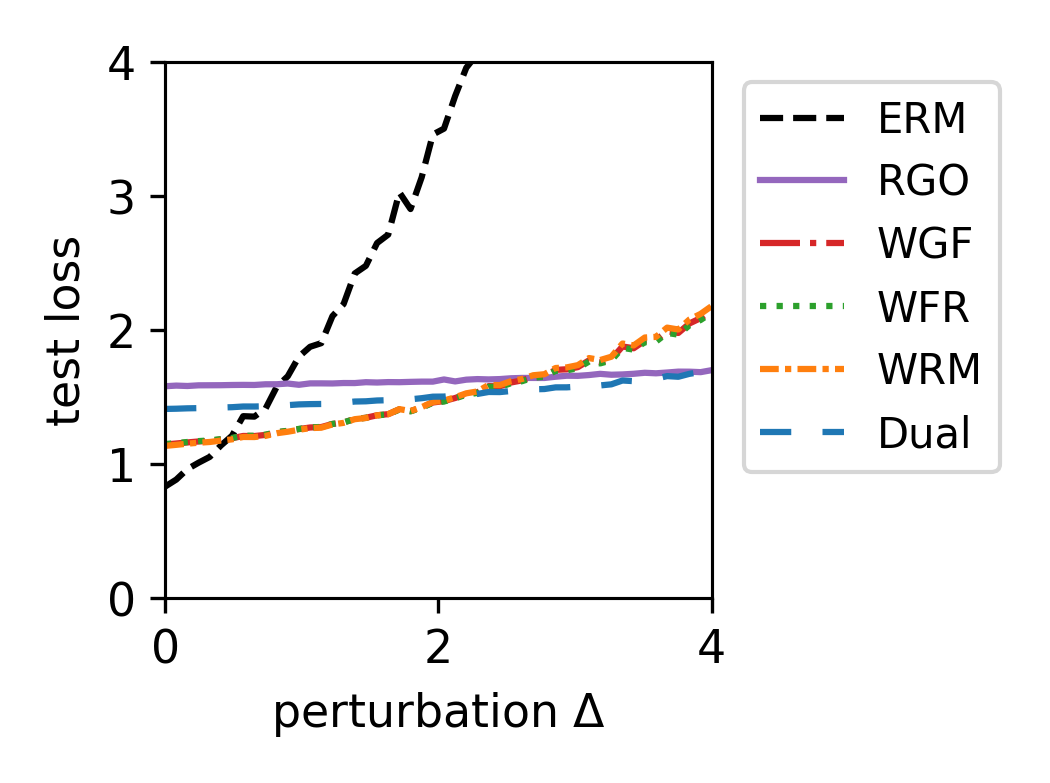
Repository: ZusenXu/GFS-DRO
Script's output: python uncertain_least_squares/uncertain_least_squares.py
An editor plug-in stored every save of this project. The script's output is shown before and after the next save, followed by the edit.
Random numbers start from a fixed seed.

Above is the script's output before, as saved 2025-09-13 21:05:42.

### uncertain_least_squares/uncertain_least_squares.py
import numpy as np
import matplotlib.pyplot as plt
from scipy.optimize import minimize
from scipy.special import logsumexp

# --- 1. 实验设置与参数定义 ---
# 定义问题的维度
DIM_M = 10  # 矩阵 A 的行数
DIM_N = 10  # 矩阵 A 的列数 (theta 的维度)

# 定义训练/测试样本数量
N_TRAIN_SAMPLES = 20
N_TEST_SAMPLES = 1000

# 定义分布偏移的扰动范围
DELTA_MIN = 0.0
DELTA_MAX = 4.0
DELTA_STEPS = 50

# --- DRO 算法超参数 ---
N_EPOCHS = 50 # 外部优化的迭代轮数
LEARNING_RATE = 0.01 # 外部优化 theta 的学习率
LAMBDA_VAL = 0.1 # 正则化参数 lambda
EPSILON = 1 # 熵正则化参数 epsilon
GRAD_CLIP_THRESHOLD = 10.0 # 梯度裁剪阈值，防止梯度爆炸

# RGO (算法2) 特定参数
RGO_SMOOTHNESS_L = 0.5 # 假设的损失函数平滑度 L (需满足 LAMBDA_VAL > L/2)

# WGF (算法3), WFR (算法4), WRM 特定参数
K_INNER_STEPS = 10  # 内部循环迭代次数 K
INNER_STEP_SIZE = 0.01 # 内部循环步长 eta

# WFR (算法4) 特定参数
M_PARTICLES = 5 # WFR 使用的粒子(样本)数量
WFR_WEIGHT_STEP_SIZE = 0.08 # WFR 权重更新步长 tau

# Dual 方法特定参数
SINKHORN_SAMPLE_LEVEL = 4 # Dual 方法的蒙特卡洛采样级别

# --- 2. 生成固定的问题实例 ---
np.random.seed(42)
A0 = np.random.randn(DIM_M, DIM_N)
A1 = np.random.randn(DIM_M, DIM_N)
b = np.random.randn(DIM_M)

# --- 3. 数据生成函数 ---
def generate_training_data(n_samples):
    return np.random.uniform(-0.5, 0.5, n_samples)

def generate_test_data(n_samples, delta):
    lower_bound = -0.5 * (1 + delta)
    upper_bound = 0.5 * (1 + delta)
    return np.random.uniform(lower_bound, upper_bound, n_samples)

# --- 4. 核心函数定义 ---
def loss_function(theta, z):
    """ 计算单个样本 z 的损失 f_theta(z) """
    A_z = A0 + z * A1
    residual = A_z @ theta - b
    return np.sum(residual**2)/DIM_M

def loss_grad_theta(theta, z):
    """ 计算损失函数关于 theta 的梯度 nabla_theta f_theta(z) """
    A_z = A0 + z * A1
    residual = A_z @ theta - b
    return 2 * A_z.T @ residual

# --- 5. ERM (经验风险最小化) 实现 ---
def erm_objective_function(theta, xi_samples):
    """ 计算 ERM 的目标函数值（平均损失）"""
    total_loss = np.mean([loss_function(theta, xi) for xi in xi_samples])
    return total_loss

def solve_erm(xi_train_samples):
    """ 使用优化器求解 ERM 问题 """
    initial_theta = np.zeros(DIM_N)
    result = minimize(
        erm_objective_function, initial_theta, args=(xi_train_samples,), method='BFGS')
    if not result.success:
        print("警告: ERM 优化过程可能未收敛。")
    return result.x

# --- 6. RGO (算法2) 实现 ---
def solve_rgo(xi_train_samples):
    """ 使用 RGO 算法求解 Sinkhorn DRO """
    theta = np.zeros(DIM_N)

    def rgo_inner_objective(z, xi, current_theta):
        l = loss_function(current_theta, z)
        penalty = np.sum((z - xi)**2)
        return -l / (LAMBDA_VAL * EPSILON) + penalty / EPSILON

    for _ in range(N_EPOCHS):
        grad_accumulator = np.zeros_like(theta)
        for xi in xi_train_samples:
            res = minimize(rgo_inner_objective, xi, args=(xi, theta), method='BFGS')
            z_star = res.x
            accepted = False
            while not accepted:
                variance = (LAMBDA_VAL * EPSILON) / (2 * LAMBDA_VAL - RGO_SMOOTHNESS_L)
                if variance <= 0: variance = 1e-6
                z_candidate = np.random.normal(z_star, np.sqrt(variance))
                f_val_candidate = rgo_inner_objective(z_candidate, xi, theta)
                f_val_star = rgo_inner_objective(z_star, xi, theta)
                log_accept_prob = -f_val_candidate + f_val_star - ((np.sum((z_candidate - z_star)**2)) / (2*variance))
                if np.log(np.random.rand()) < log_accept_prob:
                    accepted_sample = z_candidate
                    accepted = True
            grad_accumulator += loss_grad_theta(theta, accepted_sample)

        avg_grad = grad_accumulator / len(xi_train_samples)
        grad_norm = np.linalg.norm(avg_grad)
        if grad_norm > GRAD_CLIP_THRESHOLD:
            avg_grad = avg_grad * GRAD_CLIP_THRESHOLD / grad_norm
        theta -= LEARNING_RATE * avg_grad

    return theta

# --- 7. Wasserstein Gradient Flow (WGF) 实现 (基于算法3) ---
def solve_wgf(xi_train_samples):
    """ 使用 Wasserstein Gradient Flow (WGF) 求解 Sinkhorn DRO """
    theta = np.zeros(DIM_N)

    def f_bar_grad_z(z, xi, current_theta):
        A1_theta = A1 @ current_theta
        A_z_theta = (A0 + z * A1) @ current_theta
        grad_f = 2 * A1_theta.T @ (A_z_theta - b)
        return grad_f - 2 * LAMBDA_VAL * (z - xi)

    for _ in range(N_EPOCHS):
        grad_accumulator = np.zeros_like(theta)
        for xi in xi_train_samples:
            z_k = xi
            for _ in range(K_INNER_STEPS):
                noise = np.random.normal(0, 1)
                grad = f_bar_grad_z(z_k, xi, theta)
                z_k += INNER_STEP_SIZE * grad + np.sqrt(2 * INNER_STEP_SIZE * LAMBDA_VAL * EPSILON) * noise
            grad_accumulator += loss_grad_theta(theta, z_k)

        avg_grad = grad_accumulator / len(xi_train_samples)
        grad_norm = np.linalg.norm(avg_grad)
        if grad_norm > GRAD_CLIP_THRESHOLD:
            avg_grad = avg_grad * GRAD_CLIP_THRESHOLD / grad_norm
        theta -= LEARNING_RATE * avg_grad

    return theta

# --- 8. WFR Flow (算法4) 实现 ---
def solve_wfr(xi_train_samples):
    """ 使用 WFR Flow 求解 Sinkhorn DRO """
    theta = np.zeros(DIM_N)

    def f_bar(z, xi, current_theta):
         return loss_function(current_theta, z) - LAMBDA_VAL * np.sum((z-xi)**2)

    def f_bar_grad_z(z, xi, current_theta):
        A1_theta = A1 @ current_theta
        A_z_theta = (A0 + z * A1) @ current_theta
        grad_f = 2 * A1_theta.T @ (A_z_theta - b)
        return grad_f - 2 * LAMBDA_VAL * (z - xi)

    for _ in range(N_EPOCHS):
        grad_accumulator = np.zeros_like(theta)
        for xi in xi_train_samples:
            particles = np.full(M_PARTICLES, xi)
            weights = np.full(M_PARTICLES, 1.0 / M_PARTICLES)

            for _ in range(K_INNER_STEPS):
                for i in range(M_PARTICLES):
                    noise = np.random.normal(0, 1)
                    grad = f_bar_grad_z(particles[i], xi, theta)
                    particles[i] += INNER_STEP_SIZE * grad + np.sqrt(2 * INNER_STEP_SIZE * LAMBDA_VAL * EPSILON) * noise
                    f_bar_val = f_bar(particles[i], xi, theta)
                    weights[i] = (weights[i]**(1 - LAMBDA_VAL * EPSILON * WFR_WEIGHT_STEP_SIZE)) * np.exp(WFR_WEIGHT_STEP_SIZE * f_bar_val)

                sum_weights = np.sum(weights)
                if sum_weights > 1e-8: weights /= sum_weights
                else: weights = np.full(M_PARTICLES, 1.0 / M_PARTICLES)

            weighted_grad = np.sum([w * loss_grad_theta(theta, z) for w, z in zip(weights, particles)], axis=0)
            grad_accumulator += weighted_grad

        avg_grad = grad_accumulator / len(xi_train_samples)
        grad_norm = np.linalg.norm(avg_grad)
        if grad_norm > GRAD_CLIP_THRESHOLD:
            avg_grad = avg_grad * GRAD_CLIP_THRESHOLD / grad_norm
        theta -= LEARNING_RATE * avg_grad

    return theta

# --- 9. WRM (Wasserstein Robust Method) 实现 ---
def solve_wrm(xi_train_samples):
    """ 使用 WRM (确定性内部优化) 求解 """
    theta = np.zeros(DIM_N)

    def f_bar_grad_z(z, xi, current_theta):
        A1_theta = A1 @ current_theta
        A_z_theta = (A0 + z * A1) @ current_theta
        grad_f = 2 * A1_theta.T @ (A_z_theta - b)
        return grad_f - 2 * LAMBDA_VAL * (z - xi)

    for _ in range(N_EPOCHS):
        grad_accumulator = np.zeros_like(theta)
        for xi in xi_train_samples:
            z_k = xi
            # 内部 K 步梯度上升 (无噪声)
            for _ in range(K_INNER_STEPS):
                grad = f_bar_grad_z(z_k, xi, theta)
                z_k += INNER_STEP_SIZE * grad

            grad_accumulator += loss_grad_theta(theta, z_k)

        avg_grad = grad_accumulator / len(xi_train_samples)
        grad_norm = np.linalg.norm(avg_grad)
        if grad_norm > GRAD_CLIP_THRESHOLD:
            avg_grad = avg_grad * GRAD_CLIP_THRESHOLD / grad_norm
        theta -= LEARNING_RATE * avg_grad

    return theta

# --- 10. Dual Method (对偶方法) 实现 ---
def solve_dual(xi_train_samples):
    """ 使用对偶方法求解 Sinkhorn DRO """
    theta = np.zeros(DIM_N)

    levels = np.arange(SINKHORN_SAMPLE_LEVEL + 1)
    numerators = 2.0**(-levels)
    denominator = 2.0 - 2.0**(-SINKHORN_SAMPLE_LEVEL)
    probabilities = numerators / denominator

    for _ in range(N_EPOCHS):
        grad_accumulator = np.zeros_like(theta)
        for xi in xi_train_samples:
            # 1. 多层蒙特卡洛采样
            sampled_level = np.random.choice(levels, p=probabilities)
            m = 2**sampled_level

            # 2. 从基础分布采样
            noise = np.random.randn(m) * np.sqrt(EPSILON)
            z_samples = xi + noise

            # 3. 计算梯度
            # v_j = f_theta(z_j) / (lambda*epsilon)
            v = np.array([loss_function(theta, z) for z in z_samples]) / (LAMBDA_VAL * EPSILON)

            # weights = softmax(v)
            weights = np.exp(v - np.max(v)) # 减去max增强稳定性
            weights /= np.sum(weights)

            # grad = sum(w_j * grad_theta f(z_j))
            grads_per_sample = np.array([loss_grad_theta(theta, z) for z in z_samples])
            weighted_grad = np.sum(weights[:, np.newaxis] * grads_per_sample, axis=0)
            grad_accumulator += weighted_grad

        avg_grad = grad_accumulator / len(xi_train_samples)
        grad_norm = np.linalg.norm(avg_grad)
        if grad_norm > GRAD_CLIP_THRESHOLD:
            avg_grad = avg_grad * GRAD_CLIP_THRESHOLD / grad_norm
        theta -= LEARNING_RATE * avg_grad

    return theta

# --- 11. 实验执行与评估 ---
def run_experiment():
    """ 执行完整的实验流程 """
    xi_train = generate_training_data(N_TRAIN_SAMPLES)

    print("正在求解 ERM 模型...")
    theta_erm = solve_erm(xi_train)
    print("正在求解 RGO 模型...")
    theta_rgo = solve_rgo(xi_train)
    print("正在求解 WGF 模型...")
    theta_wgf = solve_wgf(xi_train)
    print("正在求解 WFR 模型...")
    theta_wfr = solve_wfr(xi_train)
    print("正在求解 WRM 模型...")
    theta_wrm = solve_wrm(xi_train)
    print("正在求解 Dual 模型...")
    theta_dual = solve_dual(xi_train)
    print("所有模型求解完成。")

    delta_values = np.linspace(DELTA_MIN, DELTA_MAX, DELTA_STEPS)
    results = {'ERM': [], 'RGO': [], 'WGF': [], 'WFR': [], 'WRM': [], 'Dual': []}
    models = {
        'ERM': theta_erm, 'RGO': theta_rgo, 'WGF': theta_wgf,
        'WFR': theta_wfr, 'WRM': theta_wrm, 'Dual': theta_dual
    }

    print("正在评估所有模型...")
    for delta in delta_values:
        xi_test = generate_test_data(N_TEST_SAMPLES, delta)
        for name, theta in models.items():
            test_loss = erm_objective_function(theta, xi_test)
            results[name].append(test_loss)

    print("评估完成。")
    return delta_values, results

# --- 12. 结果可视化 ---
def plot_results(delta_values, results):
    """ 绘制所有模型损失随扰动 delta 变化的曲线 """
    fig, ax = plt.subplots(figsize=(3.5, 2.613), dpi=300)

    styles = {
        'ERM': {'color': 'k', 'linestyle': '--'},
        'RGO': {'color': '#9467bd', 'linestyle': '-'},
        'WGF': {'color': '#d62728', 'linestyle': '-.'},
        'WFR': {'color': '#2ca02c', 'linestyle': ':'},
        'WRM': {'color': '#ff7f0e', 'linestyle': (0, (3, 1, 1, 1))}, # orange, dashdotdot
        'Dual': {'color': '#1f77b4', 'linestyle': (0, (5, 5))} # blue, dashed
    }

    for name, losses in results.items():
        ax.plot(delta_values, losses, linewidth=1.5, label=name, **styles[name])

    #ax.set_title('(a) Uncertain least squares loss', fontsize=11)
    ax.set_xlabel('perturbation $\Delta$', fontsize=11)
    ax.set_ylabel('test loss', fontsize=11)
    ax.tick_params(axis='both', which='major', labelsize=11)
    for spine in ax.spines.values():
        spine.set_linewidth(0.75)
    ax.set_xlim(0, 4)
    ax.set_ylim(0, 4)
    ax.grid(False)
    ax.legend(fontsize=10)
    ax.legend(loc='upper left', bbox_to_anchor=(1.02, 1))
    plt.tight_layout()
    plt.savefig('uncertain_least_squares_results.png', dpi=300)
    plt.show()

# --- 主程序入口 ---
if __name__ == '__main__':
    with np.errstate(all='ignore'):
        delta_vals, all_results = run_experiment()
        plot_results(delta_vals, all_results)

After the next save:
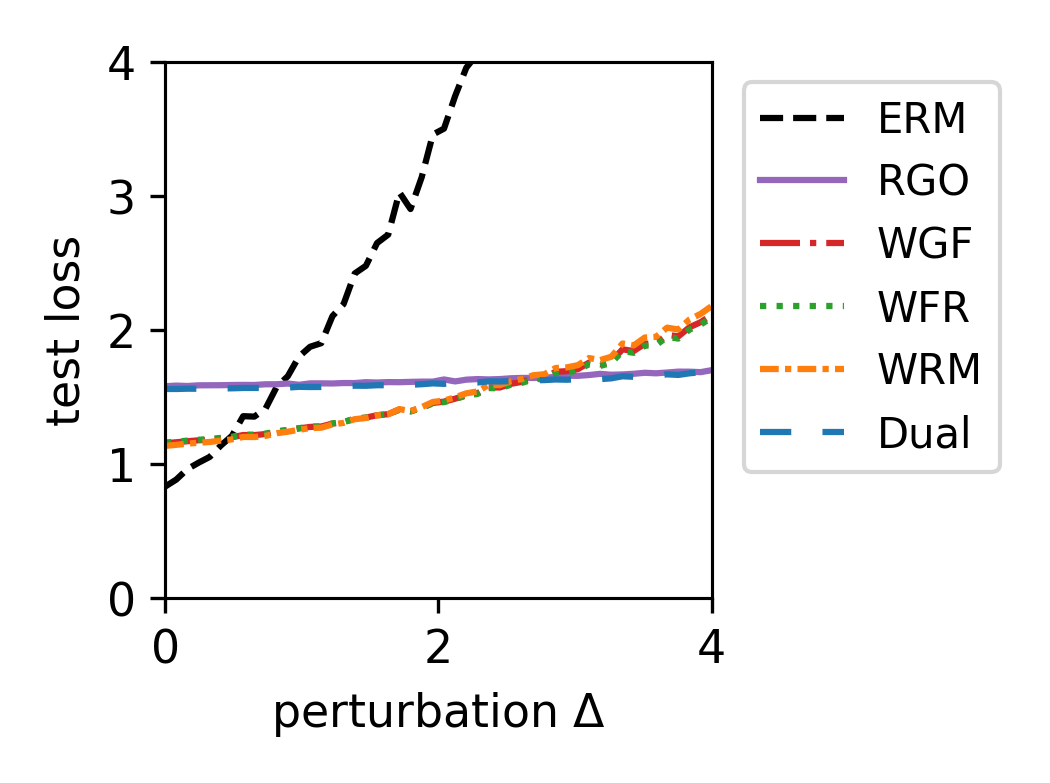
Saved 21 s later.
--- a/uncertain_least_squares/uncertain_least_squares.py
+++ b/uncertain_least_squares/uncertain_least_squares.py
@@ -21,7 +21,7 @@ DELTA_STEPS = 50
 N_EPOCHS = 50 # 外部优化的迭代轮数
 LEARNING_RATE = 0.01 # 外部优化 theta 的学习率
 LAMBDA_VAL = 0.1 # 正则化参数 lambda
-EPSILON = 1 # 熵正则化参数 epsilon
+EPSILON = 2 # 熵正则化参数 epsilon
 GRAD_CLIP_THRESHOLD = 10.0 # 梯度裁剪阈值，防止梯度爆炸
 
 # RGO (算法2) 特定参数
